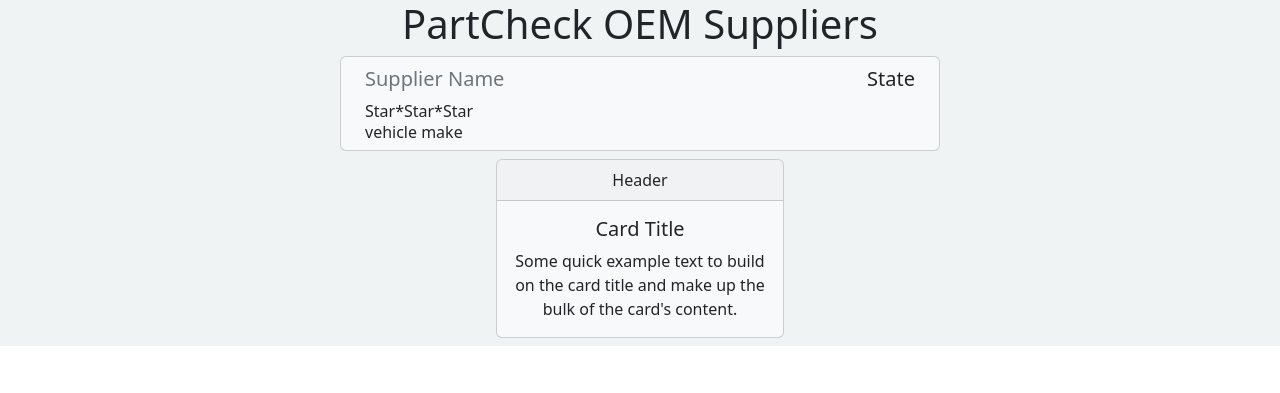
Repository: trungna4699/coding_challenge
Page: /
An editor plug-in stored every save of this project. The page is shown before and after a run of saves, followed by the edit.
The browser window is 1280 px wide. The pictures show the whole page.
The project was rebuilt for these pictures with package versions that can differ from the ones it lists, and the page was loaded fresh each time.

Above is the page before, as saved 2022-09-01 16:40:08.

After the next 3 saves:
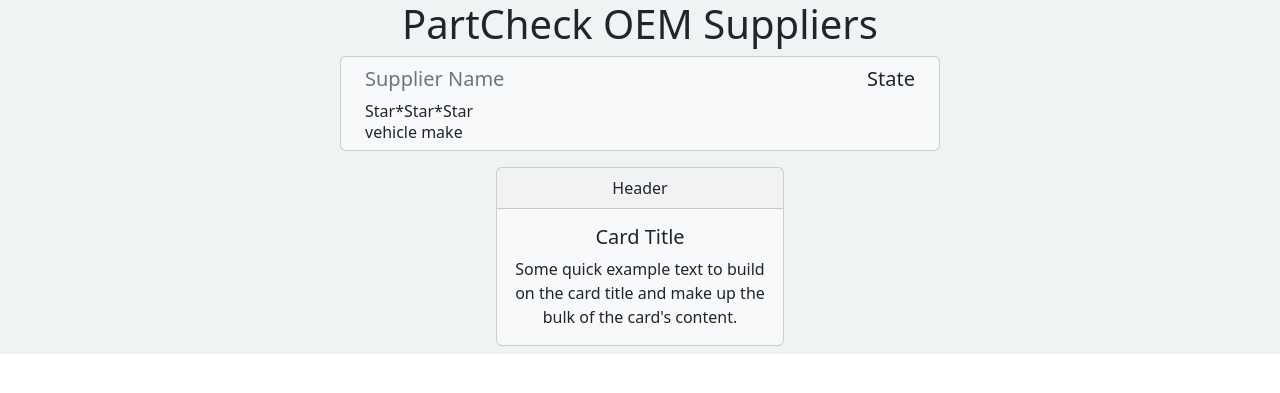
The 3 saves are shown as one change because they came seconds apart.
The last was saved 10 s later.
--- a/src/App.js
+++ b/src/App.js
@@ -16,7 +16,7 @@ function App() {
           // key={variant}
           text={"dark"}
           style={{ width: '600px' }}
-          className="mb-2"
+          className="mb-3"
         >
           <div className="supplierItems">
             <div className='supplierInfo'>
